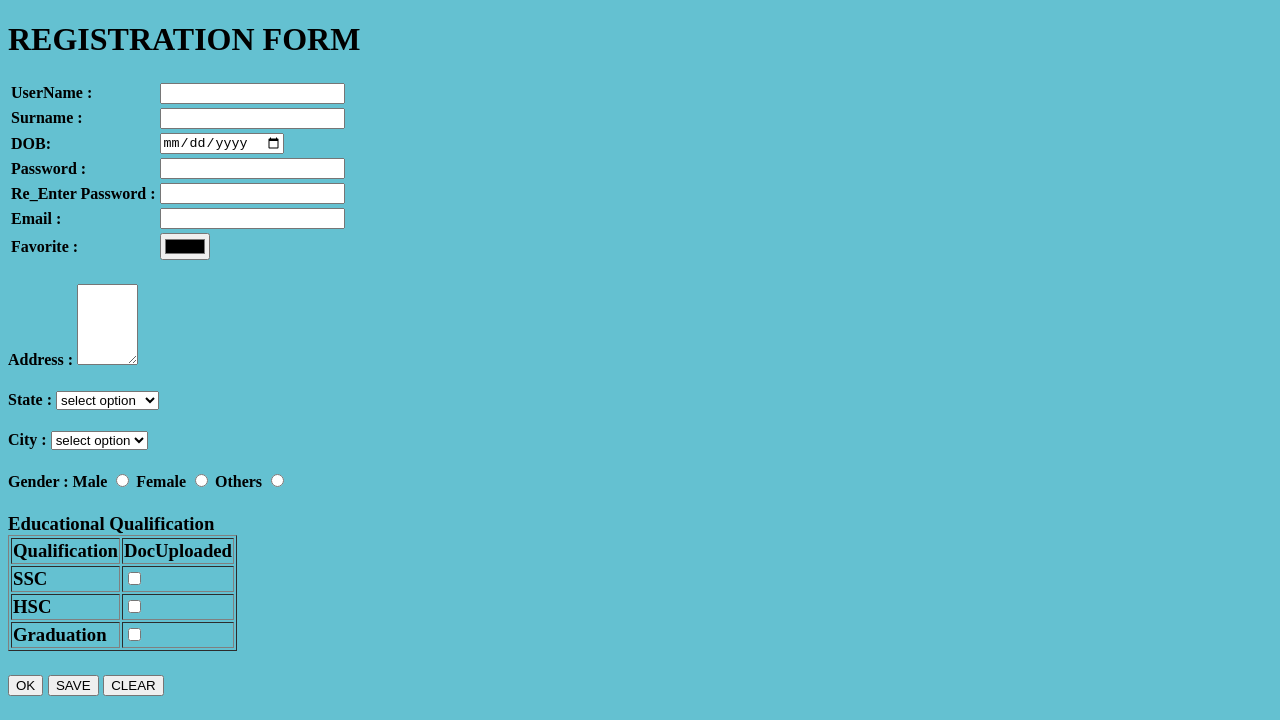
Repository: AJEET006/AdvanceJava-DSA
Page: ADVANCE_JAVA/HW_Example/WebContent/RegistrationForm.html
An editor plug-in stored every save of this project. The page is shown before and after the next save, followed by the edit.
The browser window is 1280 px wide. The pictures show the whole page.

Above is the page before, as saved 2022-06-21 18:58:57.

### ADVANCE_JAVA/HW_Example/WebContent/RegistrationForm.html
<!DOCTYPE html>
<html>
<head>
<meta charset="ISO-8859-1">
<title>Insert title here</title>
</head>
<body style="background-color: rgb(100, 193, 209);">
	<form>
		<h1 style="bacbackground-color:;">
			<bg>
			<cborder-bottom-color:>REGISTRATION FORM</center>
			</bg>
		</h1>
		<h4>
		<table>
			<tr>
				<td>UserName :</td>

				<td><input type="text" name="" /></td>
			</tr>
			<tr>
				<td>Surname :</td>
				<td><input type="text" /></td>
			</tr>
			<tr>
				<td>DOB:</td>
				<td><input type="date" /></td>
			</tr>
			<tr>
				<td>Password :</td>
				<td><input type="password" /></td>
			</tr>
			<tr>
			<td> Re_Enter Password :</td>
			<td><input type="password" /></td>
			</tr>
			<tr>
			<td>  Email :</td>
			<td><input type="email" /></td>
			</tr>
			<tr>
				<td> Favorite :</td>
				<td><input type="color" /></td>
			</tr>
		</table>
		</h4>
		<h4>
			Address :
			<textarea rows="5" cols="5"></textarea>
		</h4>
		<h4>
			State : <select name="State">
				<option>select option</option>
				<option>Uttar pradesh</option>
				<option>Maharashtra</option>
				<option>Rajasthan</option>
				<option>Punjab</option>
				<option>Bihar</option>

			</select>
		</h4>
		<h4>
			City : <select name="City">
				<option>select option</option>
				<option>Prayagraj</option>
				<option>Pune</option>
				<option>Chennai</option>
				<option>Hydarabad</option>
				<option>Darbhanga</option>

			</select>
		</h4>



		<h4>
			Gender : Male <input type="radio" name="gender" /> Female <input
				type="radio" name="gender" /> Others <input type="radio"
				name="gender" />
		</h4>
		<h3>
			Educational Qualification
			<table border="1">
				<tr>
					<th>Qualification</th>
					<th>DocUploaded</th>

				</tr>
				<tr>
					<td>SSC</td>
					<td><input type="checkbox" name="SSC"></td>
				</tr>
				<tr>
					<td>HSC</td>
					<td><input type="checkbox" name="HSC"></td>
				</tr>
				<tr>
					<td>Graduation</td>
					<td><input type="checkbox" name="Graduation"></td>
				</tr>
			</table>
			<br /> <input type="button" value="OK"> <input type="button"
				value="SAVE"> <input type="button" value="CLEAR">

		</h3>

	</form>
</body>
</html>

After the next save:
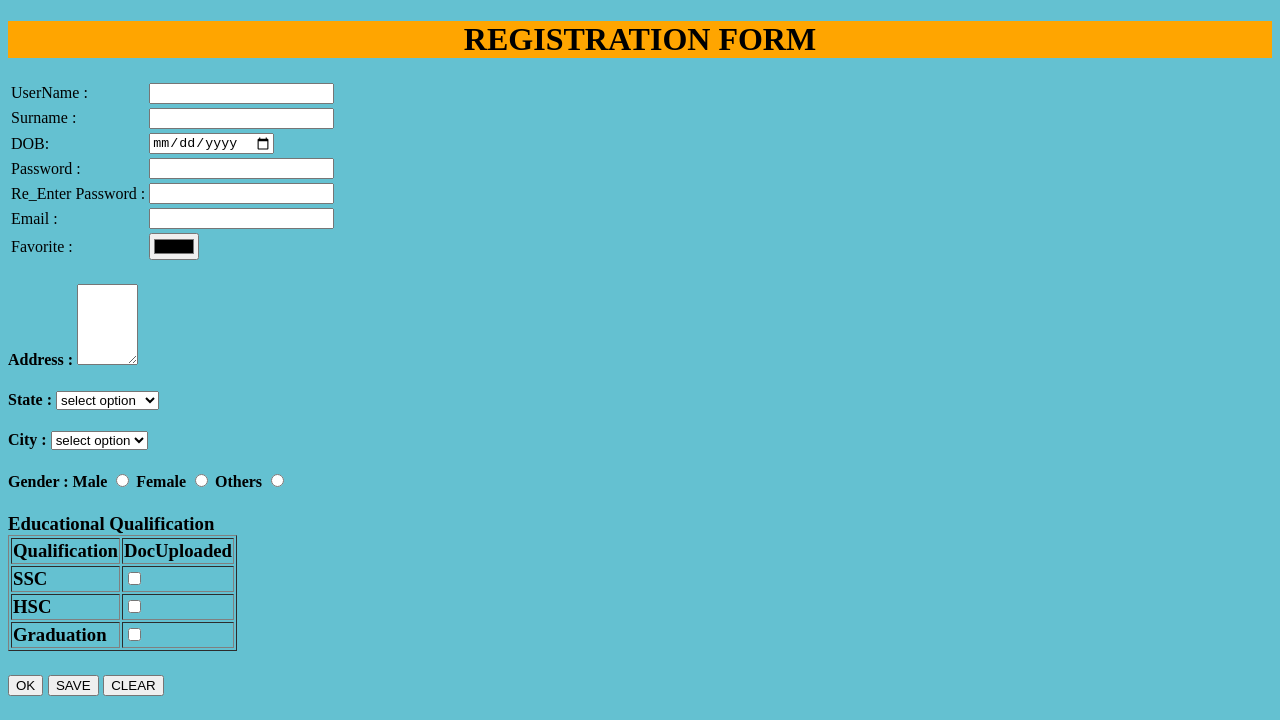
Saved 77 s later.
--- a/ADVANCE_JAVA/HW_Example/WebContent/RegistrationForm.html
+++ b/ADVANCE_JAVA/HW_Example/WebContent/RegistrationForm.html
@@ -6,12 +6,11 @@
 </head>
 <body style="background-color: rgb(100, 193, 209);">
 	<form>
-		<h1 style="bacbackground-color:;">
+		<h1 style="background-color: orange;">
 			<bg>
-			<cborder-bottom-color:>REGISTRATION FORM</center>
+			<center>REGISTRATION FORM</center>
 			</bg>
 		</h1>
-		<h4>
 		<table>
 			<tr>
 				<td>UserName :</td>
@@ -43,7 +42,6 @@
 				<td><input type="color" /></td>
 			</tr>
 		</table>
-		</h4>
 		<h4>
 			Address :
 			<textarea rows="5" cols="5"></textarea>
